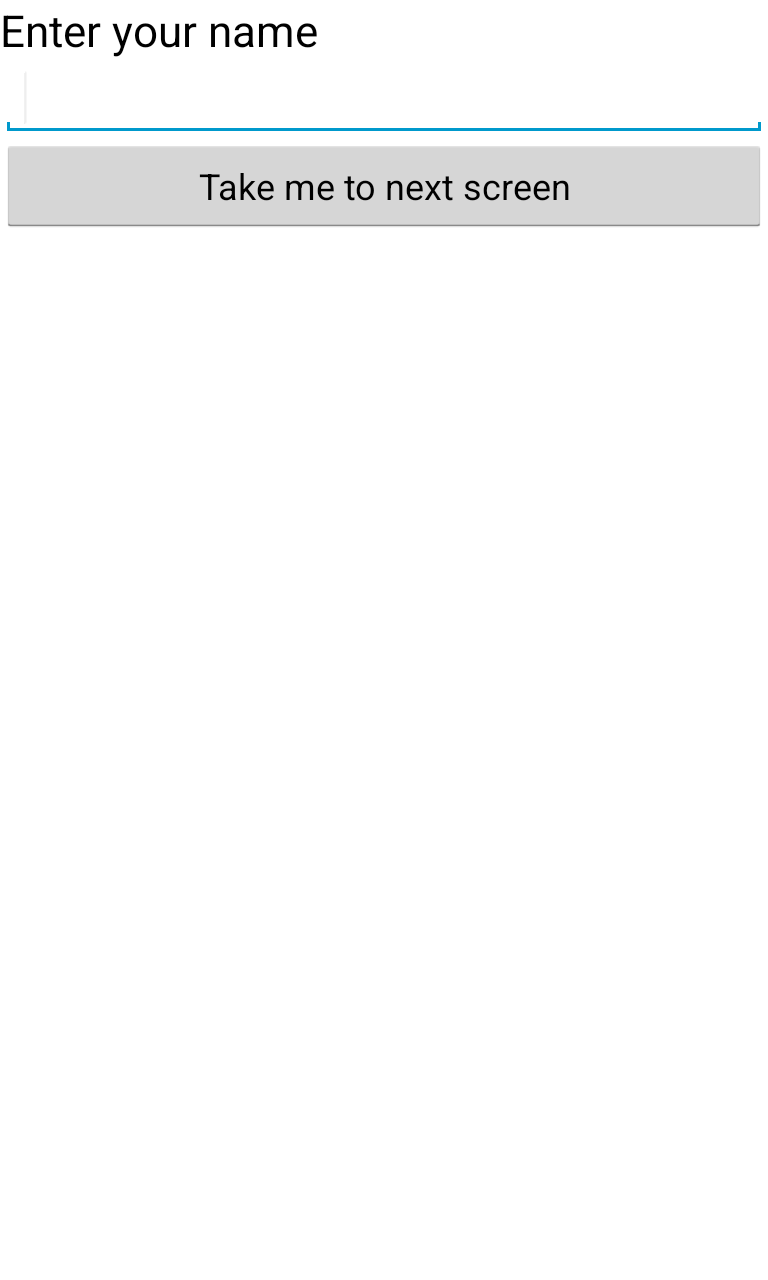
Repository: fsoDannis/FSO_JAVAII
Layout: JavaII_Week1/res/layout/activity_main.xml
These files come from the project's save history. The layout is drawn as it stood at one moment and after the next save; the edit follows.
It is drawn on a 768 x 1280 px phone screen (xhdpi) without system bars, with theme AppTheme; the app's code is not run.

Above is the layout before, as saved 2013-05-10 00:46:04.

### JavaII_Week1/res/layout/activity_main.xml
<?xml version="1.0" encoding="utf-8"?>
<LinearLayout xmlns:android="http://schemas.android.com/apk/res/android"
    android:layout_width="fill_parent"
    android:layout_height="fill_parent"
    android:orientation="vertical"
    android:background="#ffffff">
    <TextView
        android:id="@+id/textView1"
        android:layout_width="match_parent"
        android:layout_height="wrap_content"
        android:text="Enter your name"
        android:textAppearance="?android:attr/textAppearanceLarge" />
    <EditText
        android:id="@+id/editText1"
        android:layout_width="match_parent"
        android:layout_height="wrap_content"
        android:ems="10" >
        <requestFocus />
    </EditText>
    <Button
        android:id="@+id/button1"
        android:layout_width="match_parent"
        android:layout_height="wrap_content"
        android:text="Take me to next screen" />
    <TextView
        android:id="@+id/textView3"
        android:layout_width="match_parent"
        android:layout_height="wrap_content"
        android:layout_marginBottom="20px"
        android:textColor="#ff0000"
        android:text=""
        android:textAppearance="?android:attr/textAppearanceLarge" />
</LinearLayout>

Loaded but not shown: JavaII_Week1/res/values/styles.xml (common file); JavaII_Week1/res/values-v11/styles.xml (common file); JavaII_Week1/res/values-v14/styles.xml (common file)

After the next save:
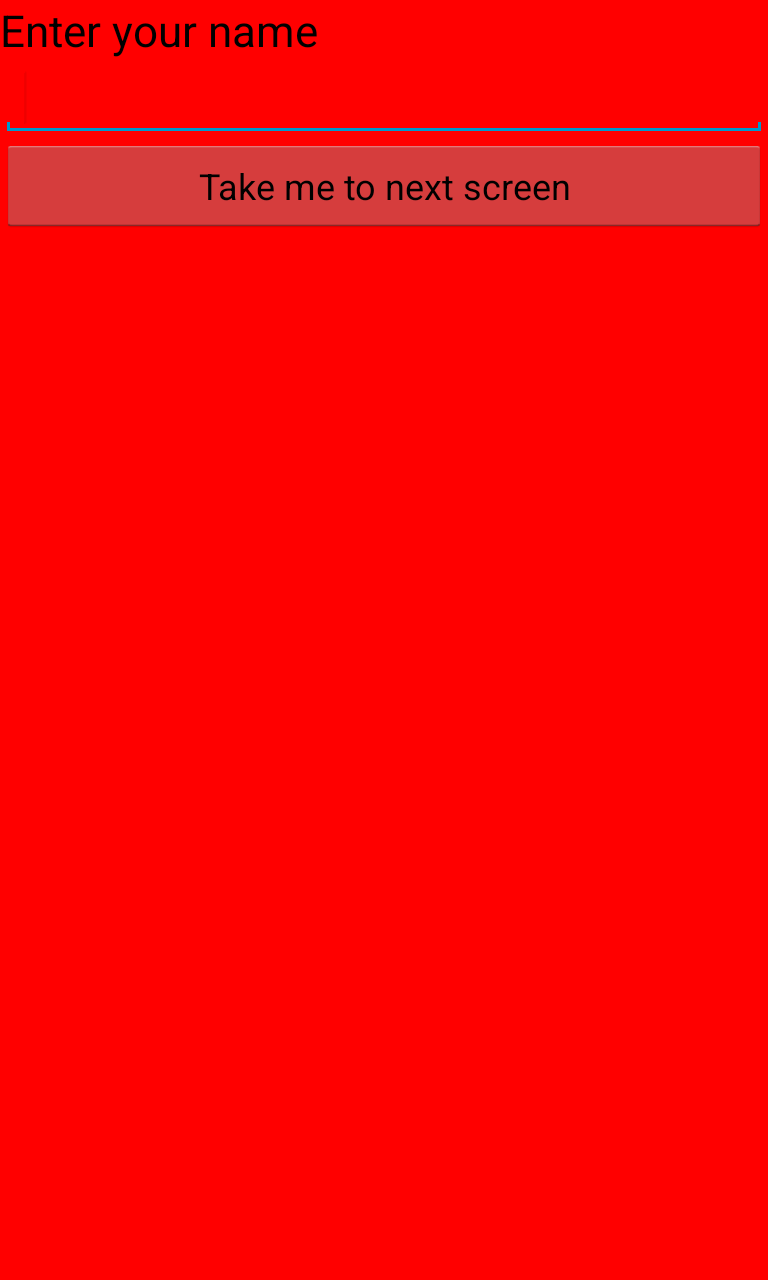
Saved 20 s later.
--- a/JavaII_Week1/res/layout/activity_main.xml
+++ b/JavaII_Week1/res/layout/activity_main.xml
@@ -3,7 +3,7 @@
     android:layout_width="fill_parent"
     android:layout_height="fill_parent"
     android:orientation="vertical"
-    android:background="#ffffff">
+    android:background="#ff0000">
     <TextView
         android:id="@+id/textView1"
         android:layout_width="match_parent"
